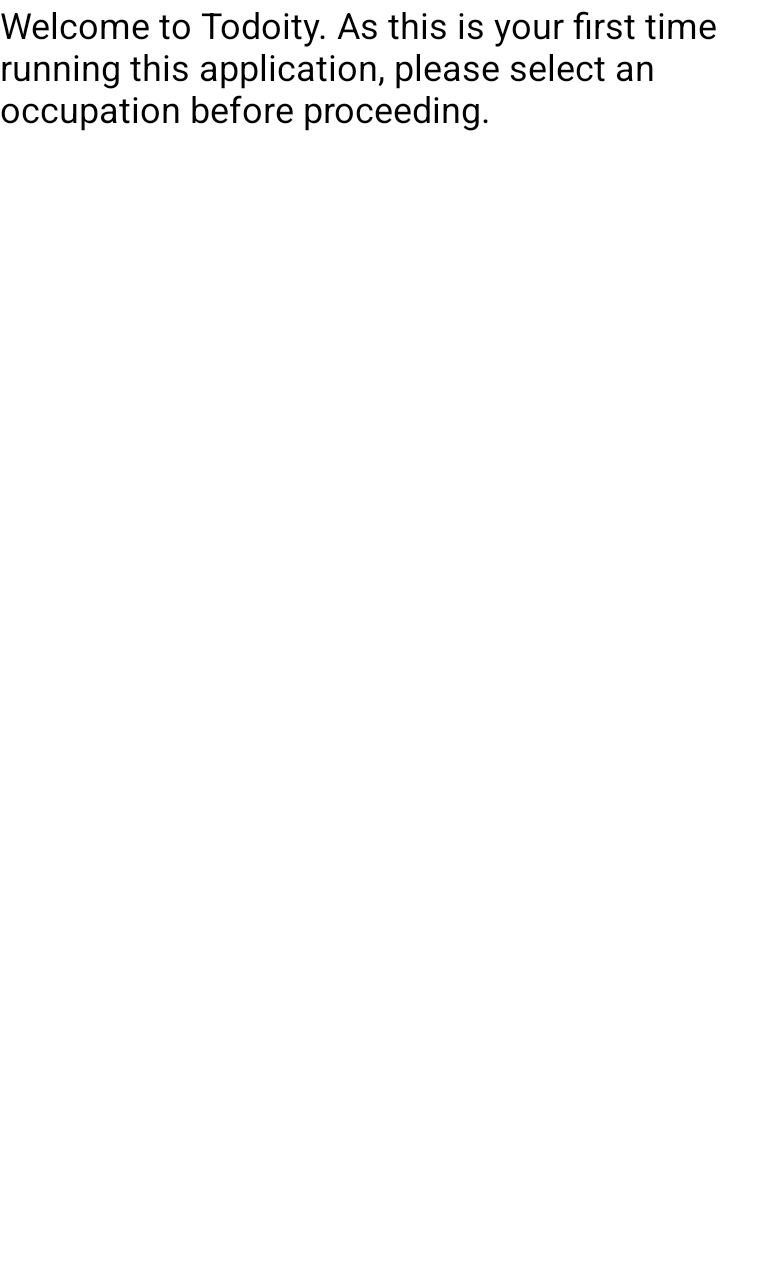
Repository: larserikstrand/IMT4904-Master
Layout: Todoity/res/layout/dialog_welcome.xml
The author's editor kept a copy of each file at every save. The layout is drawn from the files as they stood at one save, then again after the next save.
It is drawn on a 768 x 1280 px phone screen (xhdpi) without system bars, with theme android:Theme.Holo.Light; the app's code is not run. Lists and similar views that code fills are empty.

Above is the layout before, as saved 2014-02-27 10:27:37.

### Todoity/res/layout/dialog_welcome.xml
<?xml version="1.0" encoding="utf-8"?>
<LinearLayout xmlns:android="http://schemas.android.com/apk/res/android"
    android:layout_width="match_parent"
    android:layout_height="match_parent"
    android:orientation="vertical" >

    <TextView android:layout_width="wrap_content"
        android:layout_height="wrap_content"
        android:text="@string/welcome_message"
        android:textAppearance="?android:attr/textAppearanceMedium" />

</LinearLayout>

### Todoity/res/values/strings.xml
<?xml version="1.0" encoding="utf-8"?>
<resources>

    <!-- Titles -->
    <string name="app_name">Todoity</string>
    <string name="title_activity_list">ListActivity</string>
    <string name="title_activity_new_task">New Task</string>
    <string name="title_activity_map">Map</string>
    <string name="title_activity_settings">Settings</string>
    <string name="title_activity_about">About</string>

    <!-- Menu -->
    <string name="action_settings">Settings</string>
    <string name="action_about">About</string>

    <!-- General -->
    <string name="owner">Owner: Lars Erik Strand</string>
    <string name="today">Today</string>
    <string name="week">Week</string>
    <string name="all_tasks">All Tasks</string>
    <string name="task">Task</string>
    <string name="new_task_list">New List</string>
    <string name="new_task">New Task</string>
    <string name="edit_list">Edit List</string>
    <string name="edit">Edit</string>
    <string name="delete">Delete</string>
    <string name="delete_task">Delete task</string>
    <string name="discard">Discard</string>
    <string name="set_date">Set date</string>
    <string name="save">Save</string>
    <string name="done">Done</string>
    <string name="location">Location</string>
    <string name="location_hint">Enter location</string>
    <string name="pinpoint">or pinpoint location on map</string>
    <string name="task_description_hint">Task description</string>
    <string name="time">Time</string>
    <string name="fixed_time">Fixed time</string>
    <string name="from">From</string>
    <string name="to">To</string>
    <string name="divider">-</string>
    <string name="start">Start</string>
    <string name="pause">Pause</string>
    <string name="finished">Finished</string>
    <string name="confirm">Confirm</string>
    <string name="add">Add</string>
    <string name="occupation">Occupation</string>
    <string name="move_task">Move task to another day</string>
    <string name="welcome">Welcome</string>

    <!-- Messages/Alerts -->
    <string name="set_location_message">You must choose a location for your task.</string>
    <string name="set_category_message">You must enter a task category.</string>
    <string name="set_date_message">You must enter a date.</string>
    <string name="set_time_message">This task has a fixed time. You must set the start and end time of the task.</string>
    <string name="save_message">Saving. Please wait&#8230;</string>
    <string name="discard_list_message">Are you sure you want do discard this list?</string>
    <string name="delete_list_message">Are you sure you want to delete this list?</string>
    <string name="welcome_message">Welcome to Todoity. As this is your first time running this application, please select an occupation before proceeding.</string>
    <string name="no_tasks_message">You haven\'t entered any tasks to save.</string>
    <string name="existing_list_message">A list with this date already exist. Do you wish to add tasks to the existing list or delete the existing list?</string>
    <string name="about_message">Todoity is developed as a Master thesis project at Gjøvik University College. It\'s purpose is not only to keep track of your tasks but also to gather contextual information as you do the tasks in order to give you future task recommendations.</string>

    <!-- Service -->
    <string name="service_notification_title">MTP Context Service:</string>
    <string name="service_notification_message">Collecting contexts</string>

    <!-- Preferences -->
    <string name="pref_context_storage">Context Storage</string>
    <string name="pref_occupation_default">None</string>
    <string name="pref_context_storage_summ">Allow application to collect and store context information</string>

    <!-- Arrays -->


    <!-- Occupation task templates -->
    <string-array name="undergraduate_tasks_array">
        <item>Attend lecture</item>
        <item>Write report</item>
        <item>Do course exercises</item>
        <item>Meeting</item>
        <item>Group work</item>
        <item>Other</item>
    </string-array>
    <string-array name="postgraduate_tasks_array">
        <item>Write thesis</item>
        <item>Meeting</item>
    </string-array>

    <!-- Occupation types -->
    <string-array name="pref_occupation_values">
        <item>Undergraduate student (Bachelor)</item>
        <item>Postgraduate student (Master, Ph.D.)</item>
    </string-array>


    <!-- Colors -->
    <color name="lightgreen">#2200ff00</color>
    <color name="lightgrey">#55aaaaaa</color>

</resources>

After the next save:
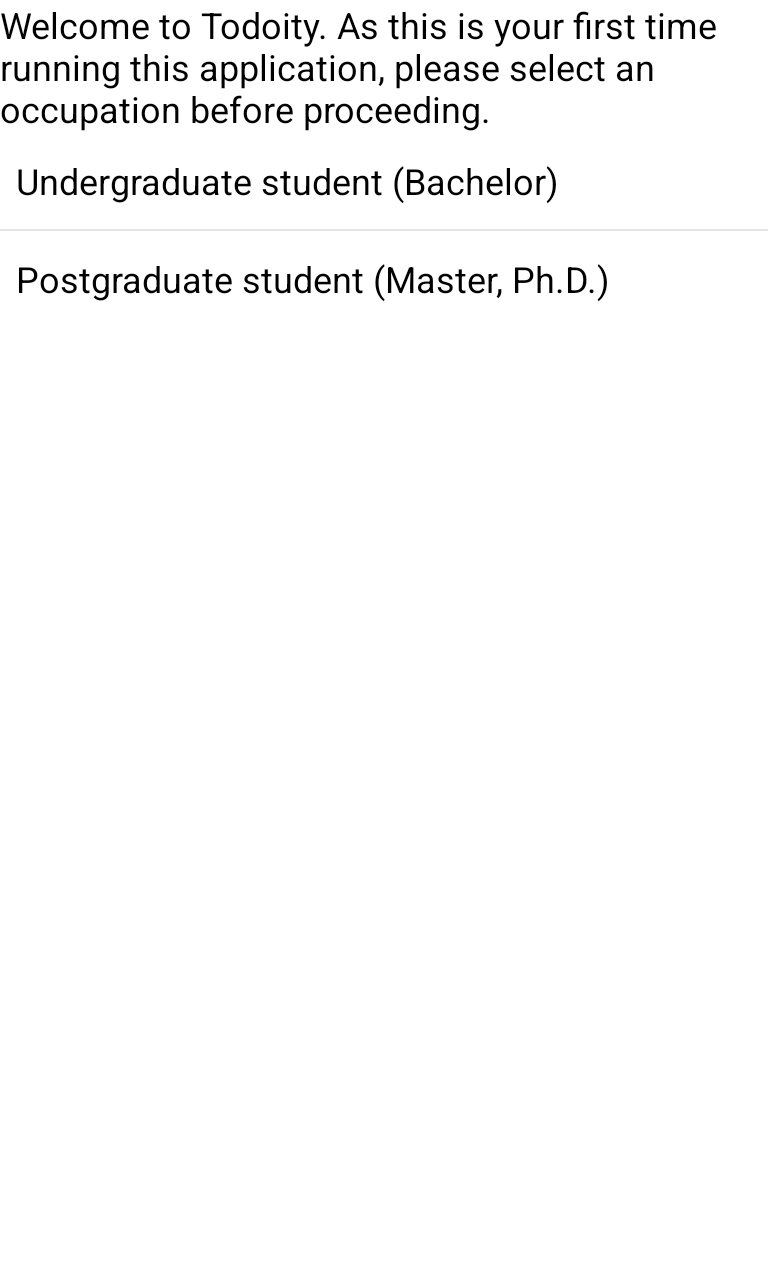
Saved 82 s later.
--- a/Todoity/res/layout/dialog_welcome.xml
+++ b/Todoity/res/layout/dialog_welcome.xml
@@ -9,4 +9,8 @@
         android:text="@string/welcome_message"
         android:textAppearance="?android:attr/textAppearanceMedium" />
 
+    <ListView android:layout_width="wrap_content"
+        android:layout_height="wrap_content"
+        android:entries="@array/pref_occupation_values" />
+
 </LinearLayout>
